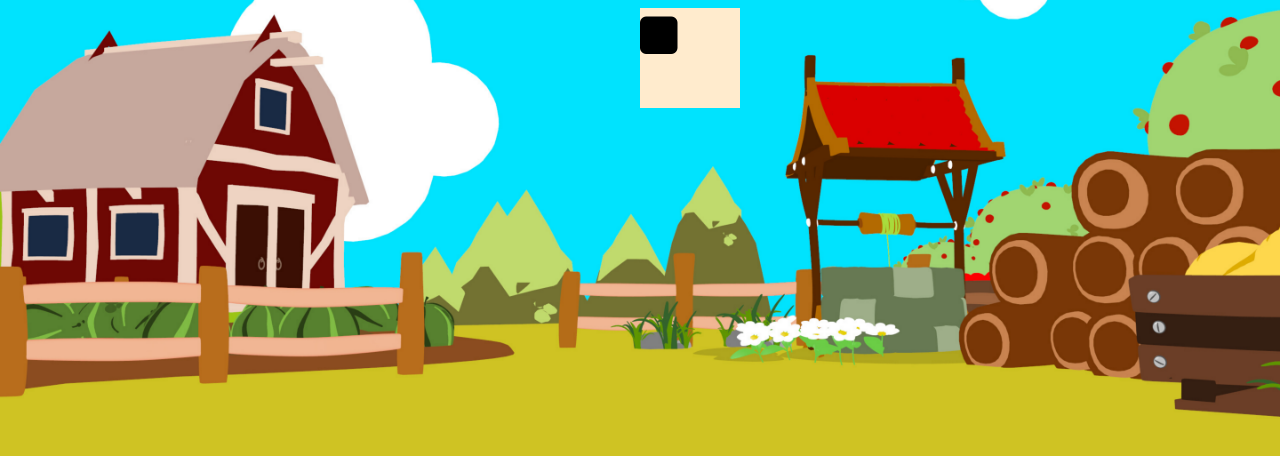
Repository: rumor1993/DreamCoding-Browser101
Page: Chapter07/index.html
These files come from the project's save history. The page is drawn as it stood at one moment and after the next save; the edit follows.
The browser window is 1280 px wide. The pictures show the whole page.
Some web libraries are served in a nearby version.

Above is the page before, as saved 2021-01-01 13:29:14.

After the next save:
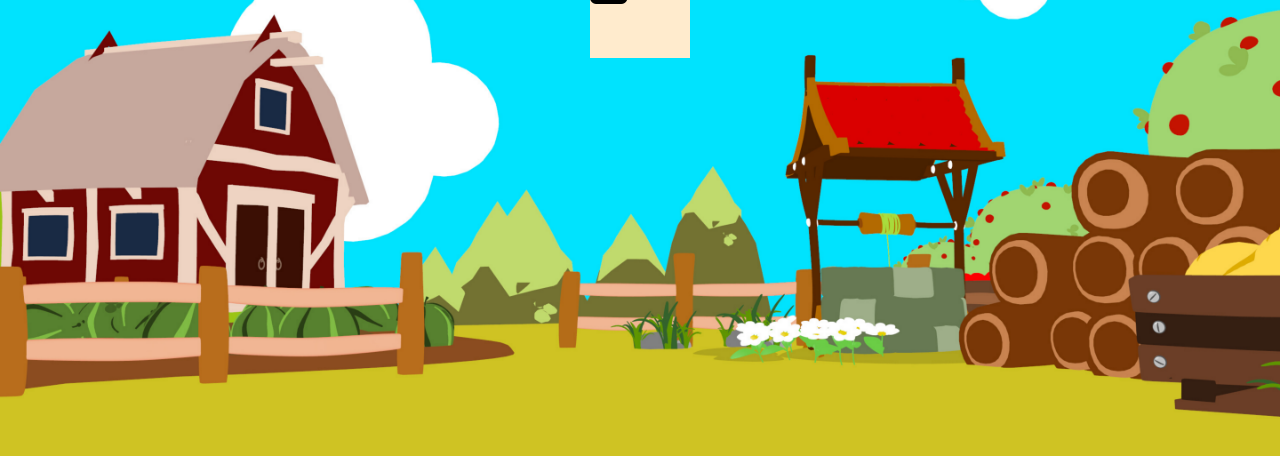
Saved 43 s later.
--- a/Chapter07/index.html
+++ b/Chapter07/index.html
@@ -16,6 +16,7 @@
         background-color: blanchedalmond;
         width: 100px;
         height: 100px;
+        transform: translate(-50%, -50%);
         font-size: 50px;
         left: 50%;
       }

After the save that followed:
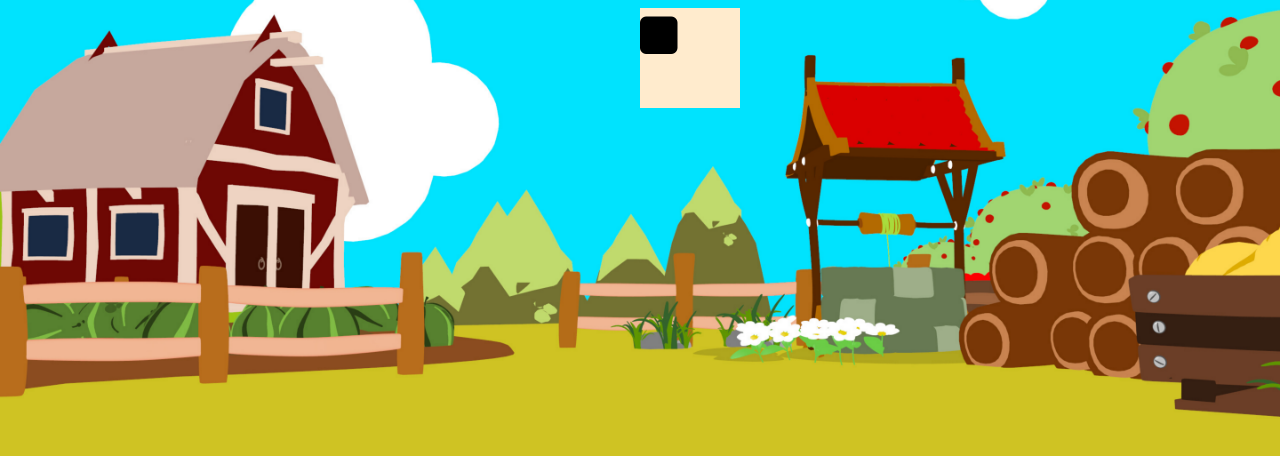
Saved 5 s later.
--- a/Chapter07/index.html
+++ b/Chapter07/index.html
@@ -16,7 +16,6 @@
         background-color: blanchedalmond;
         width: 100px;
         height: 100px;
-        transform: translate(-50%, -50%);
         font-size: 50px;
         left: 50%;
       }
